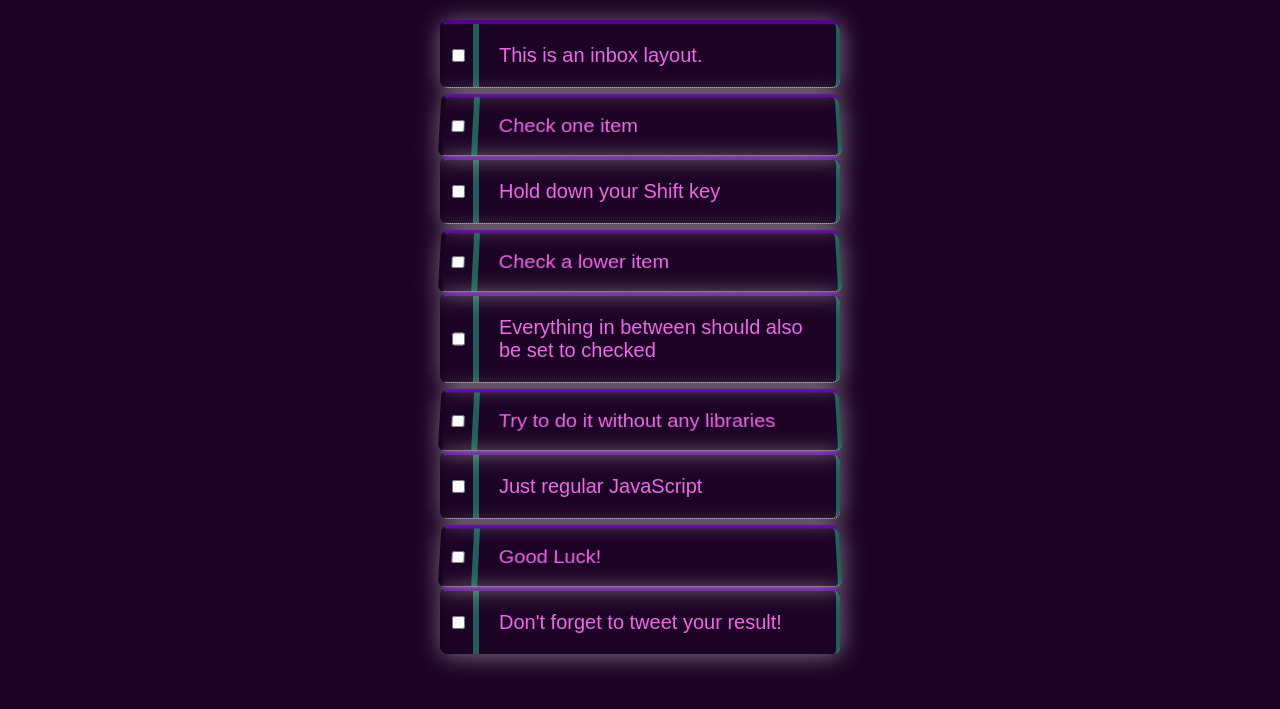
Repository: Freezler/Shift-Select-Checkboxes
Page: index.html
An editor plug-in stored every save of this project. The page is shown before and after the next save, followed by the edit.
The browser window is 1280 px wide. The pictures show the whole page.

Above is the page before, as saved 2024-09-07 23:13:35.

### index.html
<!DOCTYPE html>
<html lang="en">

<head>
  <meta charset="UTF-8">
  <title>Hold Shift to Check Multiple Checkboxes</title>
  <link rel="icon" href="https://fav.farm/🔥" />
</head>

<body>
  <style>
    :root {
      --background-color: rgb(28, 2, 37);
      --border-color: hsla(292, 94%, 6%, 0.8);

    }

    html {
      font-family: sans-serif;
      font-weight: 500;
      background: var(--background-color);
      user-select: none;
    }




    .inbox {
      max-width: 400px;
      margin: 20px auto;
      gap: 0px;
      border-radius: 5px;
      display: flex;
      flex-direction: column;
      background: var(--background-color);
    }

    .item {
      display: flex;
      transition: all 0.3s ease-in-out;
      border-inline-start: 4px solid var(--border-color);
      border-block-start: 4px solid rgba(136, 0, 255, 0.497);
      box-shadow: 1px 2px 24px rgba(244, 249, 232, 0.447);
      border-bottom: 1px dotted #F1F1F1;
      color: rgb(238, 104, 227);
      border-radius: 8px;
    }

    .item:last-child {
      border-bottom: 0;
    }



    input[type="checkbox"] {
      accent-color: #7c0529ef;
      margin: 8px;
      ;
    }

    input:checked+p {
      background: #a3045131;
      text-decoration: line-through;
      color: cornsilk;
      border-inline: 8px solid #5e057cef;
      transition: all 0.9s ease-in-out;
      border-radius: 99px;
      margin-inline: 48px;


    }



    .inbox .item:nth-child(even) {
      transform: perspective(1500px) rotateX(24deg) translateY(3px) scale(1.001);

    }

    .inbox .item:nth-child(odd) {
      transform: perspective(1500px) rotateX(-24deg) translateY (3px) scale(1.001);

    }

    .item:nth-child(odd):hover {
      transform: perspective(400px) rotateX(24deg) translateY(3px);

    }

    .item:nth-child(even):hover {
      transform: perspective(400px) rotateX(24deg) translateY(3px);

    }

    .item:nth-child(even) {
      transform: perspective(1500px) rotateX(-24deg) translateY(3px);

    }

    p {
      margin: 0;
      padding: 20px;
      transition: background 0.3s;
      flex: 1;

      font-size: 20px;
      font-weight: 200;
      border-inline: 6px solid #23cc9178;
      border-inline-end: 4px solid #23cc9178;
      border-start-end-radius: 6px;
      border-end-end-radius: 6px;
    }
  </style>
  <!--  The following is a common layout you would see in an email client.
        When a user clicks a checkbox, holds Shift, and then clicks another checkbox a few rows down, all the checkboxes in between those two checkboxes should be checked.

  -->
  <div class="inbox">
    <div class="item">
      <input type="checkbox">
      <p>This is an inbox layout.</p>
    </div>
    <div class="item">
      <input type="checkbox">
      <p>Check one item</p>
    </div>
    <div class="item">
      <input type="checkbox">
      <p>Hold down your Shift key</p>
    </div>
    <div class="item">
      <input type="checkbox">
      <p>Check a lower item</p>
    </div>
    <div class="item">
      <input type="checkbox">
      <p>Everything in between should also be set to checked</p>
    </div>
    <div class="item">
      <input type="checkbox">
      <p>Try to do it without any libraries</p>
    </div>
    <div class="item">
      <input type="checkbox">
      <p>Just regular JavaScript</p>
    </div>
    <div class="item">
      <input type="checkbox">
      <p>Good Luck!</p>
    </div>
    <div class="item">
      <input type="checkbox">
      <p>Don't forget to tweet your result!</p>
    </div>
  </div>

  <script>
    const checkboxes = document.querySelectorAll('.inbox input[type="checkbox"]');

    checkboxes.forEach(checkbox => checkbox.addEventListener('click', handleCheck))

    let lastChecked;

    function handleCheck(e) {
      // check for shift-press && checked
      let inBetween = false;
      // loop over every single checkbox
      if (e.shiftKey && this.checked) {
        checkboxes.forEach(checkbox => {
          if (checkbox === this || checkbox === lastChecked) {
            inBetween = !inBetween
          }
          if (inBetween) {
            checkbox.checked = true
          }
        })
      }

      if (e.shiftKey && this.checked) {
        console.log("haha it's clicked with shift down AND checked!")
      }
      if (e.shiftKey && !this.checked) {
        console.log("haha it's clicked with shift down but not checked!")
      }
      lastChecked = this;
    }

  </script>
</body>

</html>

After the next save:
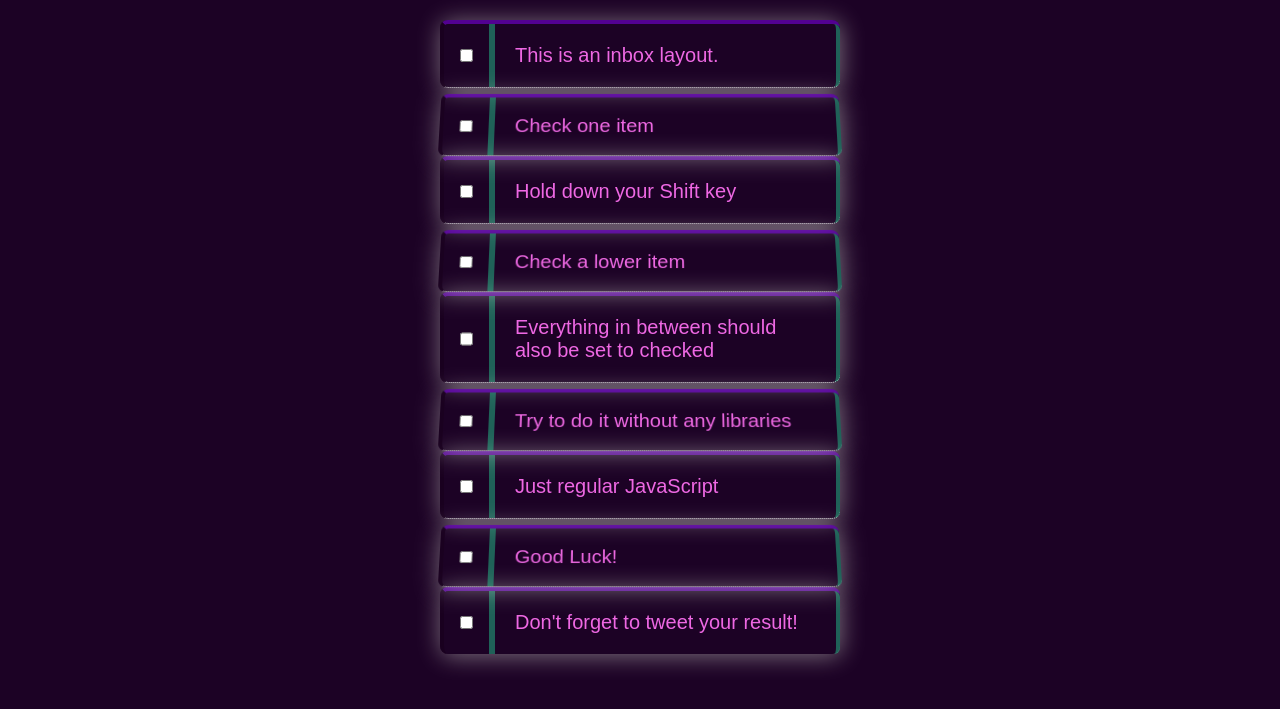
Saved 5 s later.
--- a/index.html
+++ b/index.html
@@ -54,7 +54,7 @@
 
     input[type="checkbox"] {
       accent-color: #7c0529ef;
-      margin: 8px;
+      margin: 16px;
       ;
     }
 
